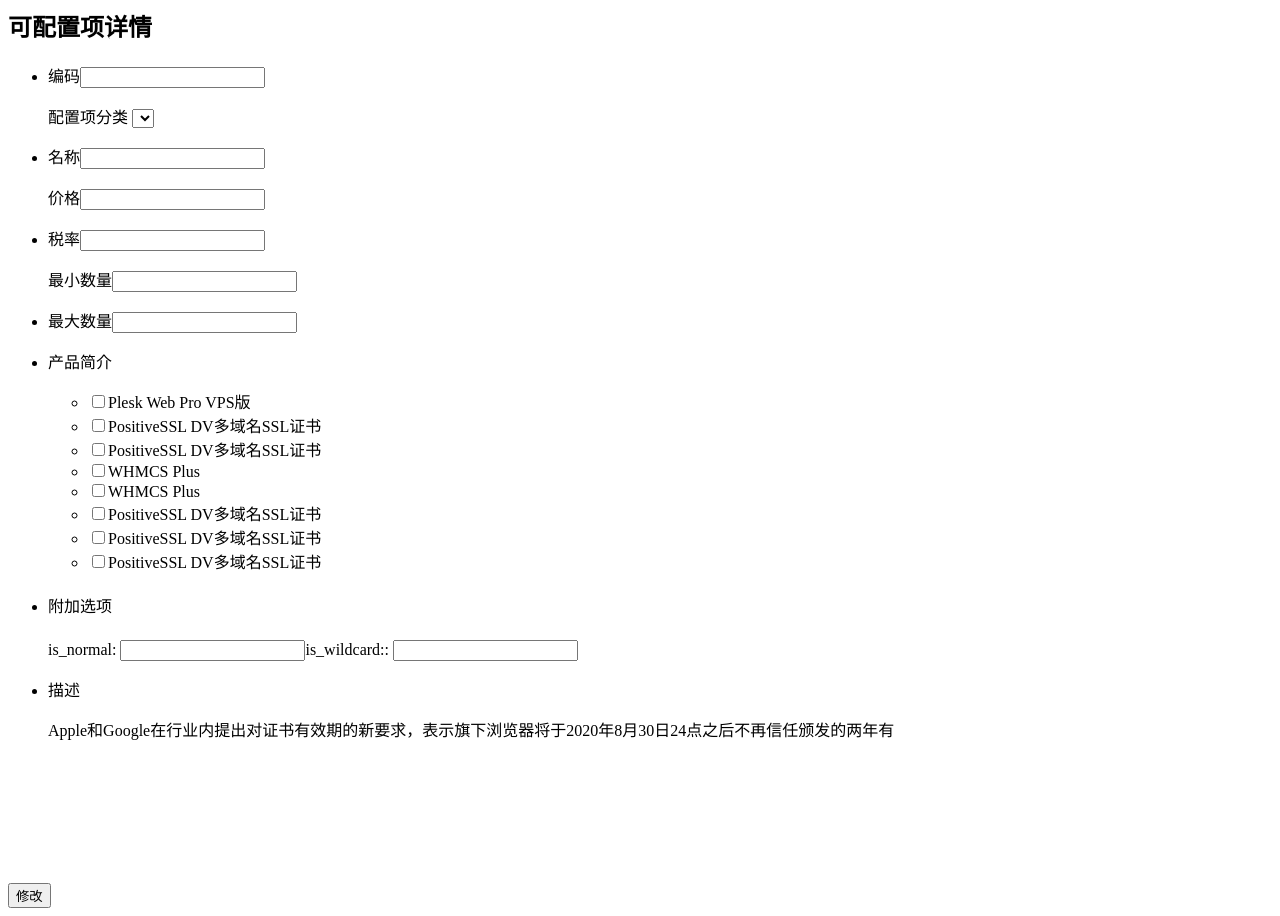
Repository: wangyan466393/racentSystem
Page: configurableDetail.html
An editor plug-in stored every save of this project. The page is shown before and after the next save, followed by the edit.
The browser window is 1280 px wide. The pictures show the whole page.

Above is the page before, as saved 2020-08-12 16:30:29.

### configurableDetail.html
<div id="content_box">
    <h2>可配置项详情</h2>
<div class="config_box">
    <div class="config_content">
        <ul>
            <li>

                <p>
                    <span>编码</span><input type="text" class="config_inp">
                </p>
                <p>
                    <span>配置项分类</span>
                    <select name="" id="" class="config_inp">
                        <option value=""></option>
                    </select>
                </p>
            </li>
            <li>

                <p>
                    <span>名称</span><input type="text" class="config_inp">
                </p>
                <p>
                    <span>价格</span><input type="number" class="config_inp">
                </p>
            </li>
            <li>

                <p>
                    <span>税率</span><input type="number" class="config_inp">
                </p>
                <p>
                    <span>最小数量</span><input type="number" class="config_inp">
                </p>
            </li>
            <li>

                <p>
                    <span>最大数量</span><input type="number" class="config_inp">
                </p>
            </li>
            <li>
               <p> <span>产品简介</span></p>
               <div class="intro_box">


                <ul class="intro">
                    <li>
                        <input type="checkbox"><label for="">Plesk Web Pro VPS版</label>
                    </li>
                    <li>
                        <input type="checkbox"><label for="">PositiveSSL DV多域名SSL证书</label>
                    </li>
                    <li>
                        <input type="checkbox"><label for="">PositiveSSL DV多域名SSL证书</label>
                    </li>
                    <li>
                        <input type="checkbox"><label for="">WHMCS Plus</label>
                    </li>
                    <li>
                        <input type="checkbox"><label for="">WHMCS Plus</label>
                    </li>
                    <li>
                        <input type="checkbox"><label for="">PositiveSSL DV多域名SSL证书</label>
                    </li>
                    <li>
                        <input type="checkbox"><label for="">PositiveSSL DV多域名SSL证书</label>
                    </li>
                    <li>
                        <input type="checkbox"><label for="">PositiveSSL DV多域名SSL证书</label>
                    </li>
                </ul>
            </div>
            </li>
            <li>
                <p><span style="line-height: 35px;">附加选项</span></p>
                <div style="width: 100%;display: flex;">
                    <div class="input_group">
                        <span class="input-group-addon">is_normal:</span>
                        <input type="text" class="form-control">
                    </div>

                        <div class="input_group">
                            <span class="input-group-addon">is_wildcard::</span>
                            <input type="text" class="form-control">
                        </div>
                </div>

            </li>
            <li>
               <p> <span>描述</span></p>
                <div class="e_content" style="width: 100%;min-height: 150px;">
                    <p>
                        Apple和Google在行业内提出对证书有效期的新要求，表示旗下浏览器将于2020年8月30日24点之后不再信任颁发的两年有
                    </p>
                </div>
            </li>

        </ul>
    </div>
</div>
</div>
<div class="email_back_btn">
    <button type="button">修改</button>
</div>

<script src="js/jquery-1.11.3.js"></script>
<script>
    getProductListsData();
    function getProductListsData() {
        var tableInfo = ""
        for (var i = 0; i < 15; i++) {    //遍历Table的所有Row
            tableInfo += `
            <li>
                <input type="checkbox"><label for="">PositiveSSL DV多域名SSL证书</label>
            </li>
            `
        }
        $(".right_content .intro").append(tableInfo)
    }
</script>

Loaded but not shown: js/jquery-1.11.3.js (library)

After the next save:
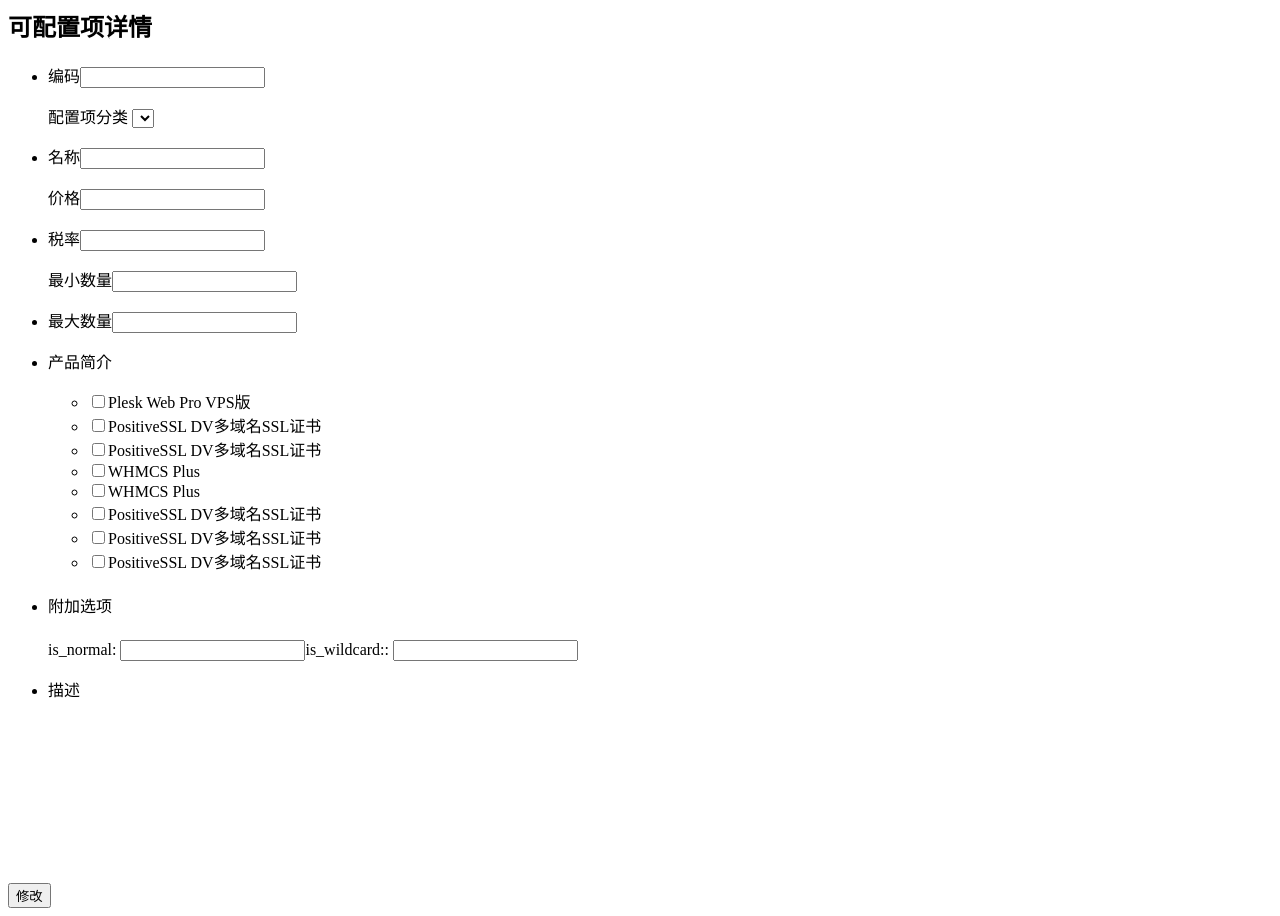
Saved 24 s later.
--- a/configurableDetail.html
+++ b/configurableDetail.html
@@ -91,7 +91,7 @@
                <p> <span>描述</span></p>
                 <div class="e_content" style="width: 100%;min-height: 150px;">
                     <p>
-                        Apple和Google在行业内提出对证书有效期的新要求，表示旗下浏览器将于2020年8月30日24点之后不再信任颁发的两年有
+
                     </p>
                 </div>
             </li>
